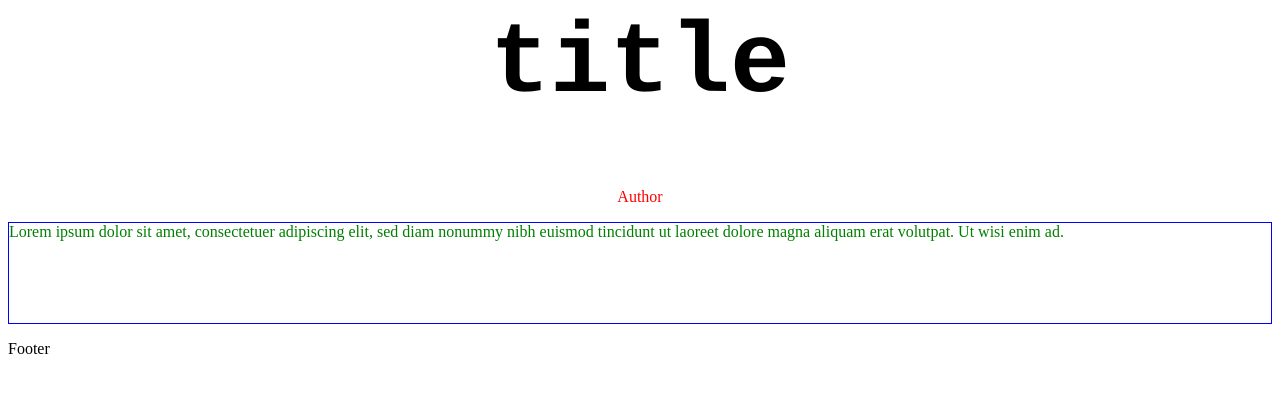
Repository: jeffbartow/productschool
Page: index.html
The author's editor kept a record of every edit. The page is drawn from the files as they stood at one moment, then again after the next edit.
The browser window is 1280 px wide. The pictures show the whole page.

Above is the page before.

After the next edit:
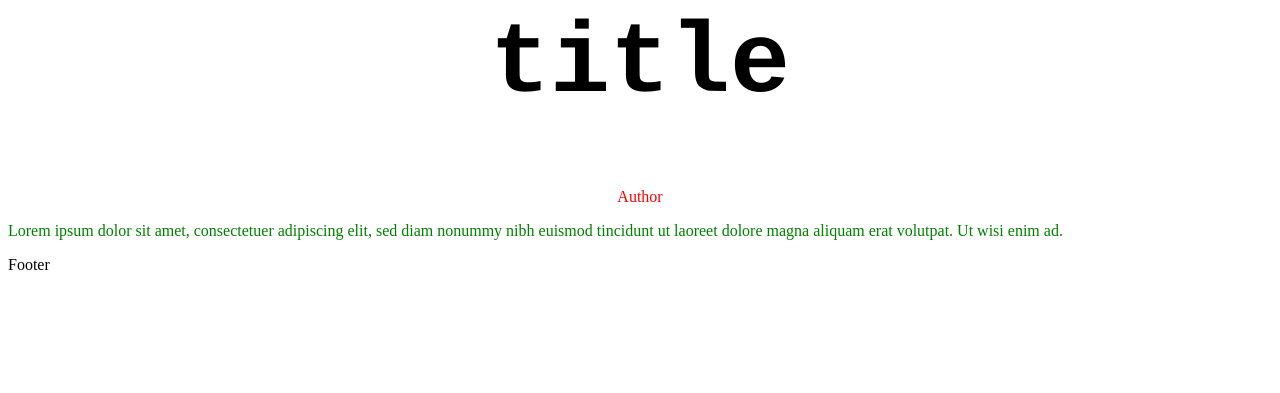
The edit:
--- a/index.html
+++ b/index.html
@@ -11,7 +11,7 @@
             p {
                 color: green;
             }
-        </style>
+
         <style type="text/css">
             .article {
                 border-width: 1px;
